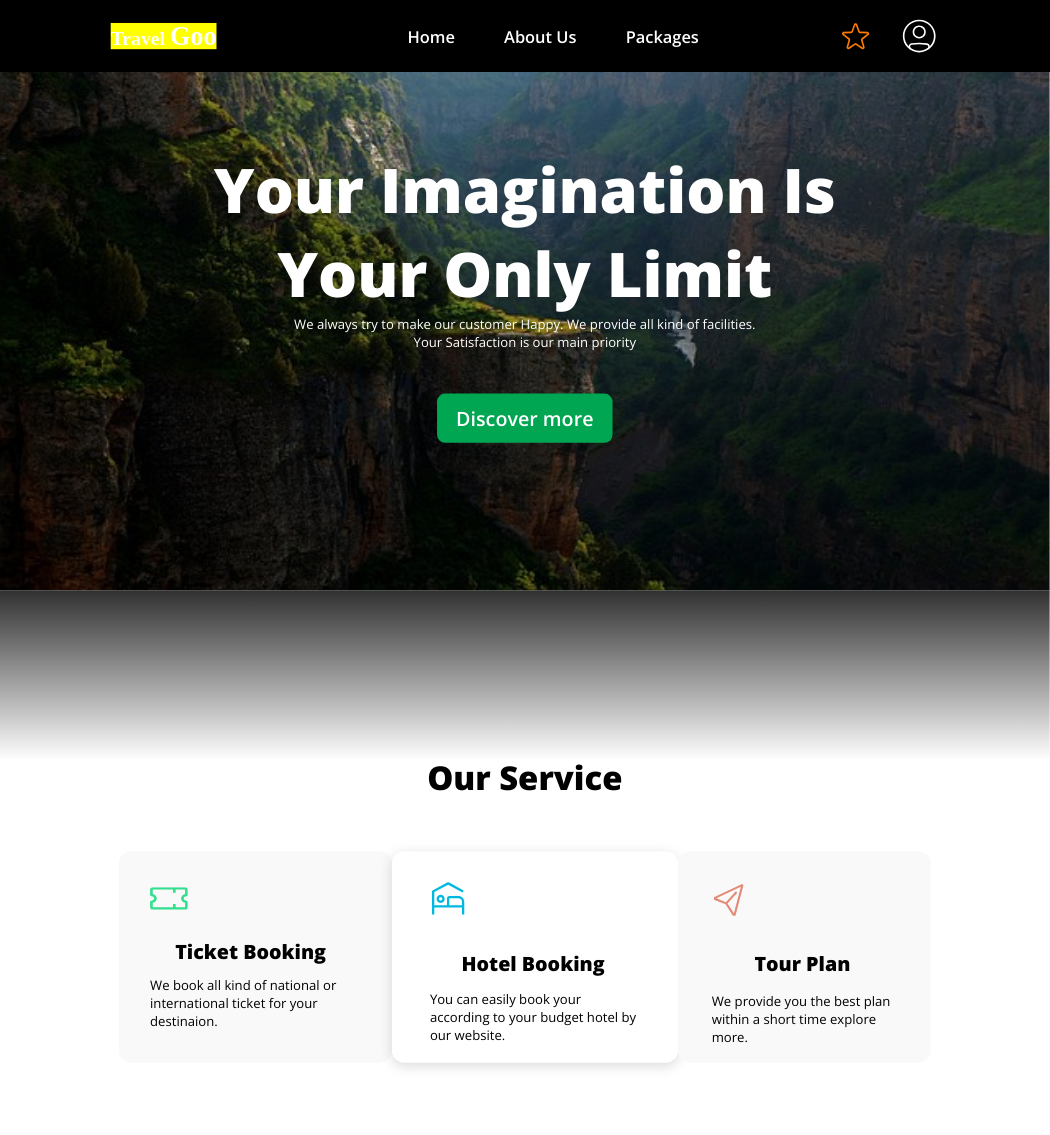
Repository: simralgasimov/back-project
Page: index.html
These files come from the project's save history. The page is drawn as it stood at one moment and after the next save; the edit follows.
The browser window is 1280 px wide. The pictures show the whole page, at 82% of full size.
Some web fonts or font styles are not loaded; a fallback is used.

Above is the page before, as saved 2023-09-27 13:52:08.

After the next save:
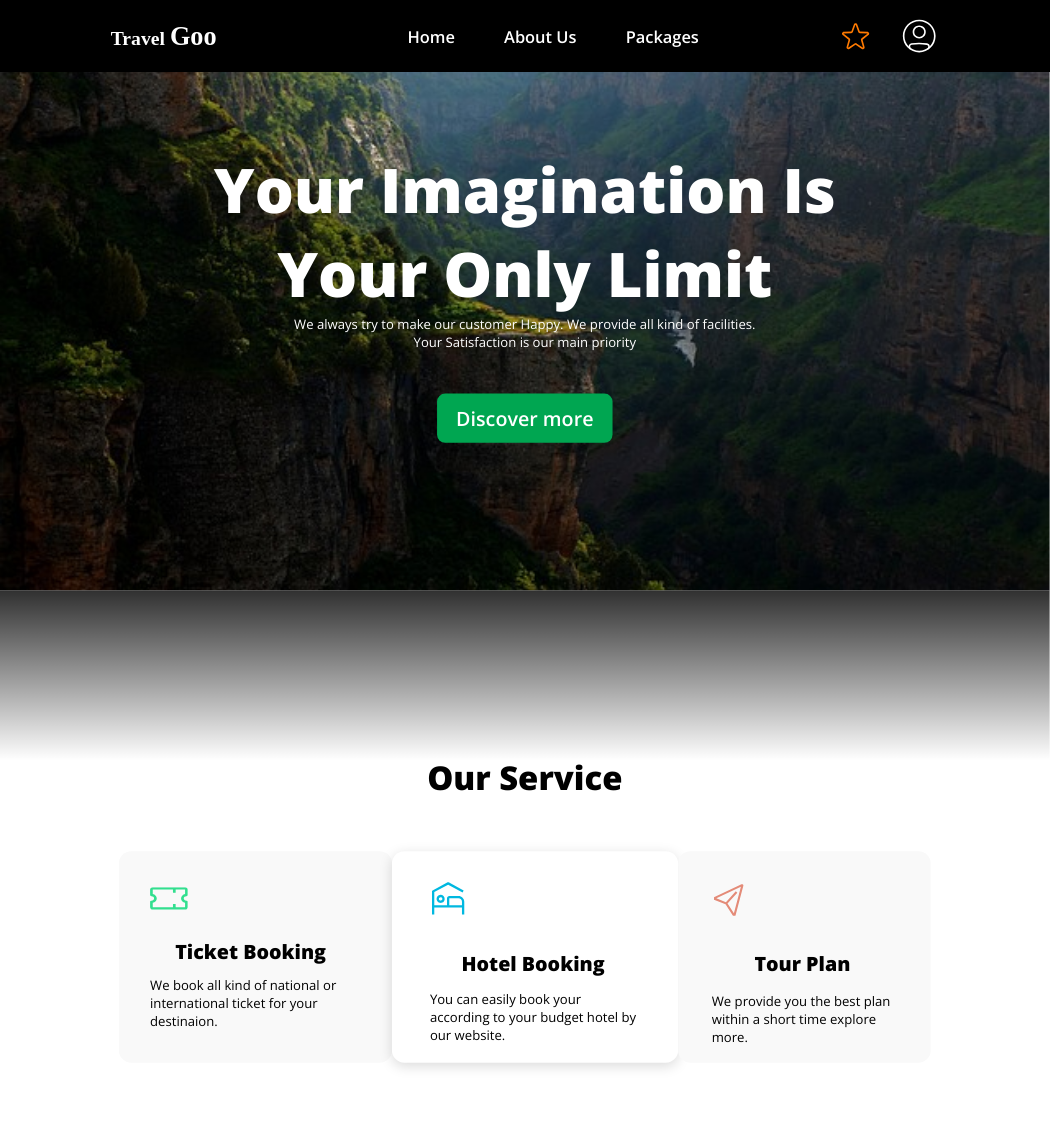
Saved 13 s later.
--- a/index.css
+++ b/index.css
@@ -46,7 +46,6 @@ a {
   font-style: normal;
   font-weight: 700;
   line-height: 102.5%; /* 24.6px */
-  background-color: yellow;
 }
 .container .navbar .logo span {
   color: #fff;
